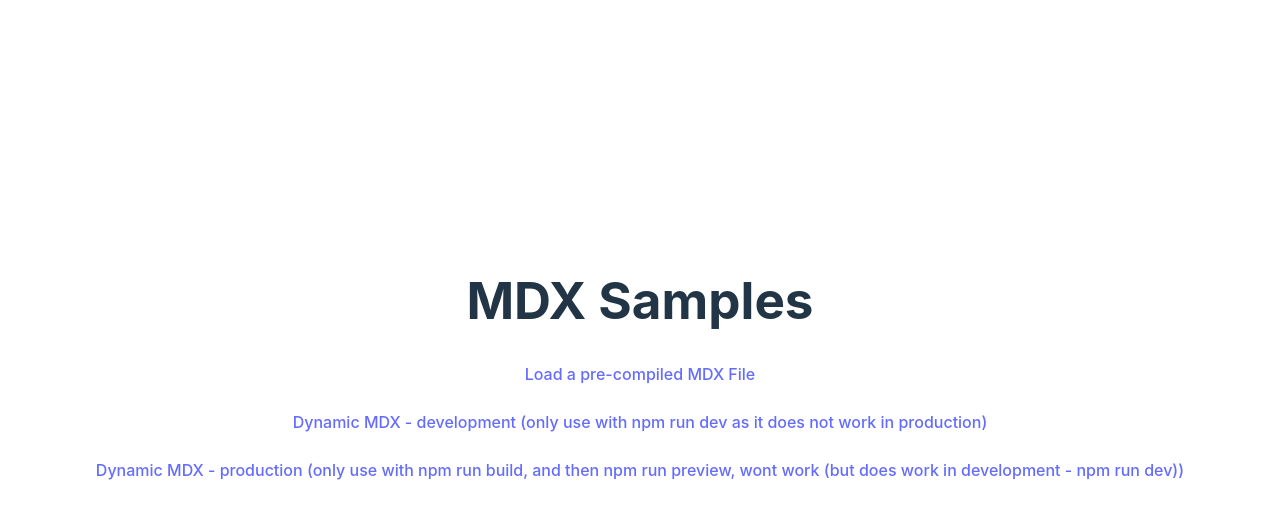
Repository: ccrowe-trimble/mdx
Page: /
An editor plug-in stored every save of this project. The page is shown before and after the next save, followed by the edit.
The browser window is 1280 px wide. The pictures show the whole page.
The project was rebuilt for these pictures with package versions that can differ from the ones it lists, and the page was loaded fresh each time. Also part of the build but not shown: vite.config.ts, src/PageMdxFile.tsx, src/CustomComponent.tsx, src/PageDynamicMdxDevelopment.tsx, src/PageDynamicMdxProduction.tsx.

Above is the page before, as saved 2024-12-09 17:27:05.

After the next save:
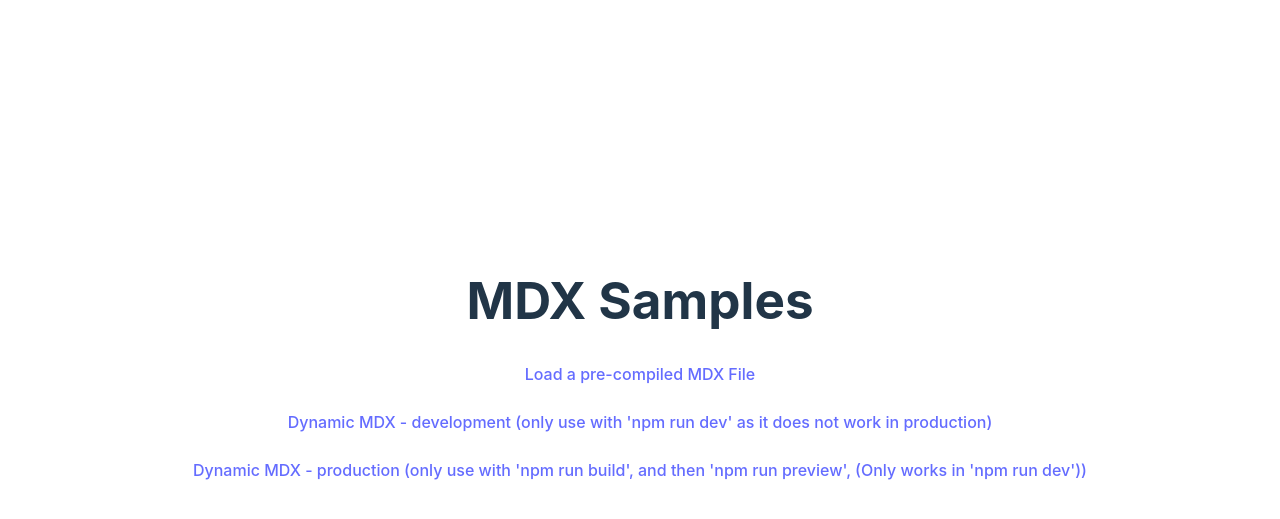
Saved 30 s later.
--- a/src/PageHome.tsx
+++ b/src/PageHome.tsx
@@ -8,11 +8,11 @@ function PageHome() {
                 </div>
                 <br />
                 <div>
-                    <a href="./dynamicMdxDevelopment">Dynamic MDX - development (only use with npm run dev as it does not work in production)</a>
+                    <a href="./dynamicMdxDevelopment">Dynamic MDX - development (only use with 'npm run dev' as it does not work in production)</a>
                 </div>
                 <br />
                 <div>
-                    <a href="./dynamicMdxProduction">Dynamic MDX - production (only use with npm run build, and then npm run preview, wont work (but does work in development - npm run dev))</a>
+                    <a href="./dynamicMdxProduction">Dynamic MDX - production (only use with 'npm run build', and then 'npm run preview', (Only works in 'npm run dev'))</a>
                 </div>
             </div>
         </>
